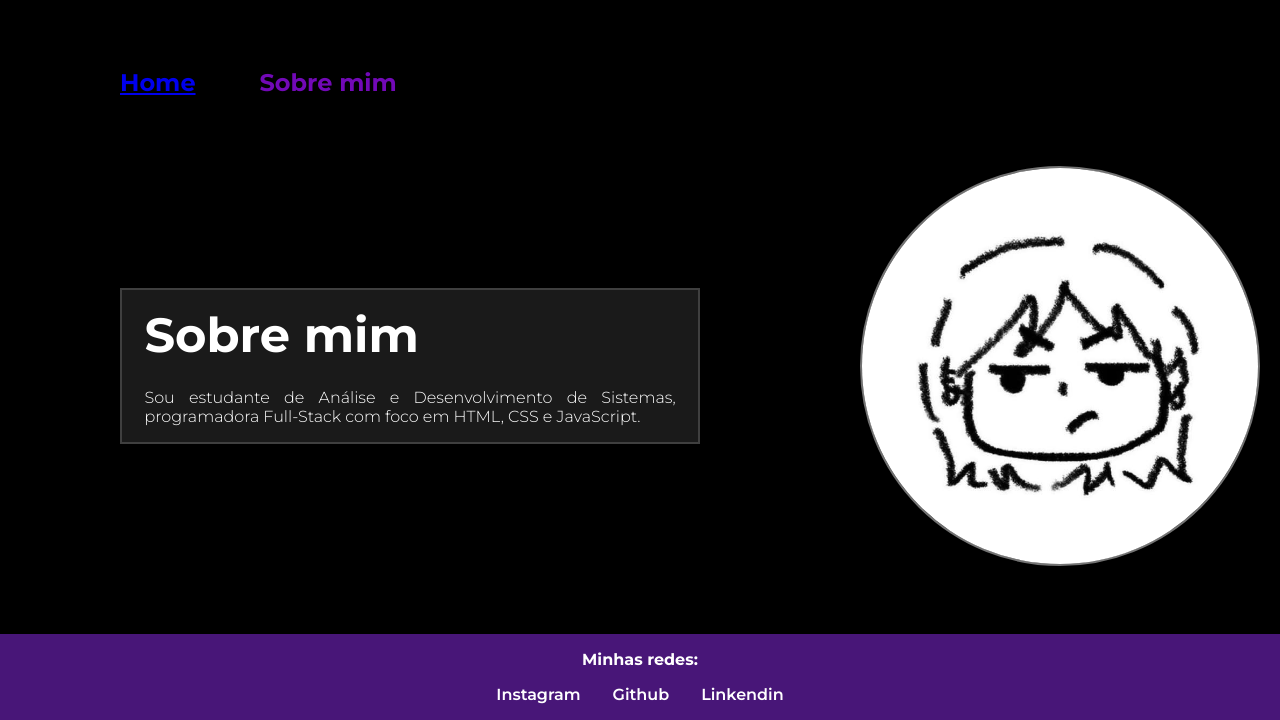
Repository: analessp/portfolio-developer
Page: index.html
An editor plug-in stored every save of this project. The page is shown before and after a run of saves, followed by the edit.
The browser window is 1280 px wide. The pictures show the whole page.

Above is the page before, as saved 2025-04-24 10:31:20.

### index.html
<!DOCTYPE html>
<html lang="pt-BR">
<head>
    <meta charset="UTF-8">
    <meta name="viewport" content="width=device-width, initial-scale=1.0">
    <title>Portfólio de Ana Lessa</title>
    <link rel="stylesheet" href="style.css">
    <link rel="stylesheet" href="https://cdnjs.cloudflare.com/ajax/libs/font-awesome/6.5.0/css/all.min.css" />
</head>
<body>
    <header>
        <nav>
            <uL class="navbar-list">
                <li>
                    <a href="/index.html" class="page active">Home</a>
                </li>
                <li>
                    Sobre mim</li>
            </uL>
        </nav>
    </header>
    <main>
        <div class="about-me">
            <h1>Sobre mim</h1>
            <p>Sou estudante de Análise e Desenvolvimento de Sistemas, programadora Full-Stack com foco em HTML, CSS e JavaScript.</p>
        </div>
        <img src="/assets/avatar.jfif" alt="Avatar de Ana Lessa" class="about-me-image">
    </main>
    <footer>
        <h4>Minhas redes:</h4>
        <ul>
            <li>
                <a *href*="#">Instagram</a>

            </li>
            <li> <a *href*="#">Github</a></li>
            <li> <a *href*="#">Linkendin</a></li>
            </ul>
    </footer>
</body>
</html>

### style.css
@import url('https://fonts.googleapis.com/css2?family=Montserrat:ital,wght@0,100..900;1,100..900&display=swap');

* {
    margin: 0;
    padding: 0;
    box-sizing: border-box;
    font-family: "Montserrat", sans-serif;
}

body {
    display: flex;
    flex-direction: column;
    justify-content: space-between;
    height: 100vh;
    width: 100%;
    background-color: black;
    color: white;
}

.navbar-list {
    padding-left: 120px;
    padding-top: 68px;
    display: flex;
    gap: 4rem;
    list-style-type: none;
    color: #7209b7;
    font-weight: 700;
    font-size: 1.5rem;
    margin-bottom: 3rem;
}

main {
    padding-left: 120px;
    display: flex;
    gap: 10rem;
    align-items: center;
}

.about-me {
    background-color: rgba(255, 255, 255, 0.1);
    display: flex;
    flex-direction: column;
    gap: 1.5rem;
    width: 50%;
    text-align: justify;
    padding: 1rem 1.4rem;
    border: 2px solid rgb(63, 63, 63);
}

.about-me h1 {
    font-size: 3rem;
}

.about-me p {
    font-weight: 300;
}

.about-me-image {
    width: 25rem;
    border-radius: 50%;
    border: 2px solid rgba(208, 208, 208, 0.552);
    height: fit-content;
}

footer {
    margin-top: 3rem;
    padding-top: 1rem;
    background-color: rgb(72, 22, 120);
    display: flex;
    flex-direction: column;
    align-items: center;
    gap: 1rem;
}

footer ul {
    display: flex;
    gap: 2rem;
    list-style-type: none;
    margin-bottom: 1rem;
}

footer a {
    text-decoration: none;
    color: white;
    font-weight: 600;
}

@media only screen and (max-width: 768px) {

    body {
        justify-content: center;
    }

    .navbar-list {
        justify-content: center;
        padding-left: 0;
        padding-top: 40px;
        margin-bottom: 0;
    }

    main {
        margin-top: 0;
        flex-direction: column-reverse;
        padding-left: 0;
        gap: 0;
    }

    .about-me-image {
        width: 18rem;
    }

    .about-me {
        width: 70%;
        height: 50px;
        overflow-y: auto;
    }

    .about-me h1 {
        text-align: center;
    }

    .about-me p {
        font-size: 1.2rem;
    }

}

After the next 2 saves:
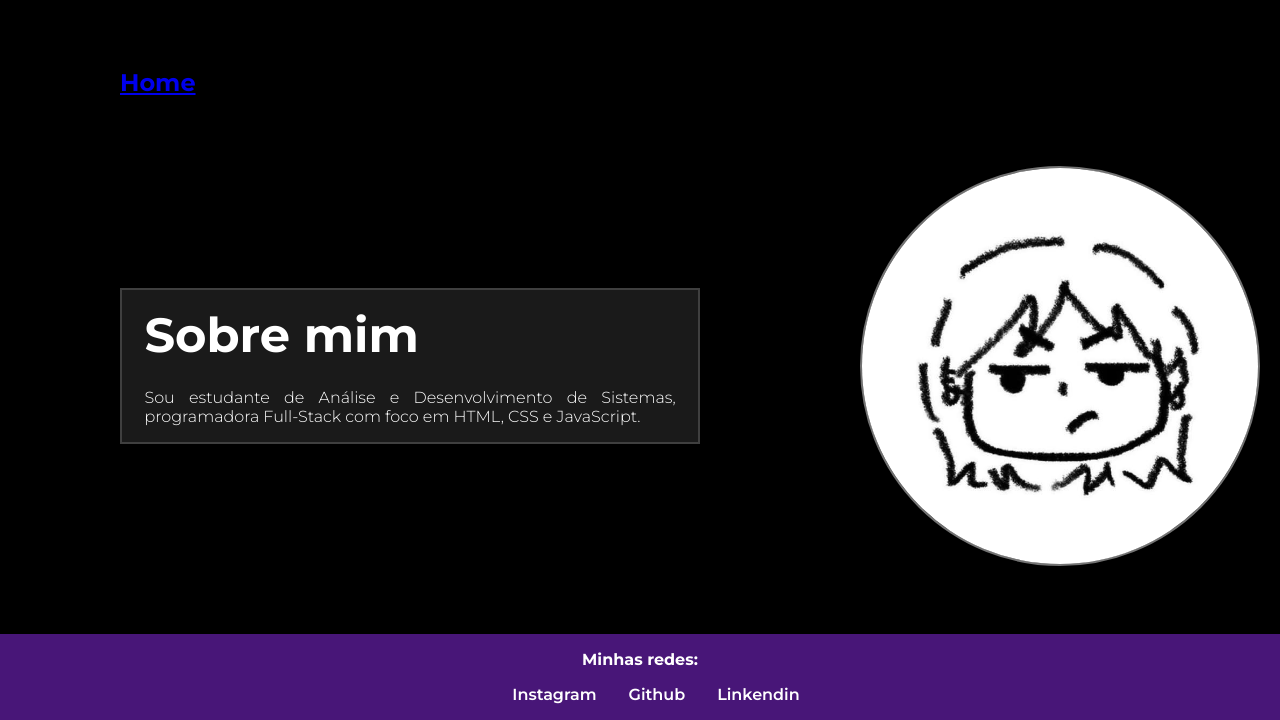
The 2 saves are shown as one change because they came seconds apart.
The last was saved 12 s later.
--- a/index.html
+++ b/index.html
@@ -15,7 +15,7 @@
                     <a href="/index.html" class="page active">Home</a>
                 </li>
                 <li>
-                    Sobre mim</li>
+                    <a heSobre mim</li>
             </uL>
         </nav>
     </header>
